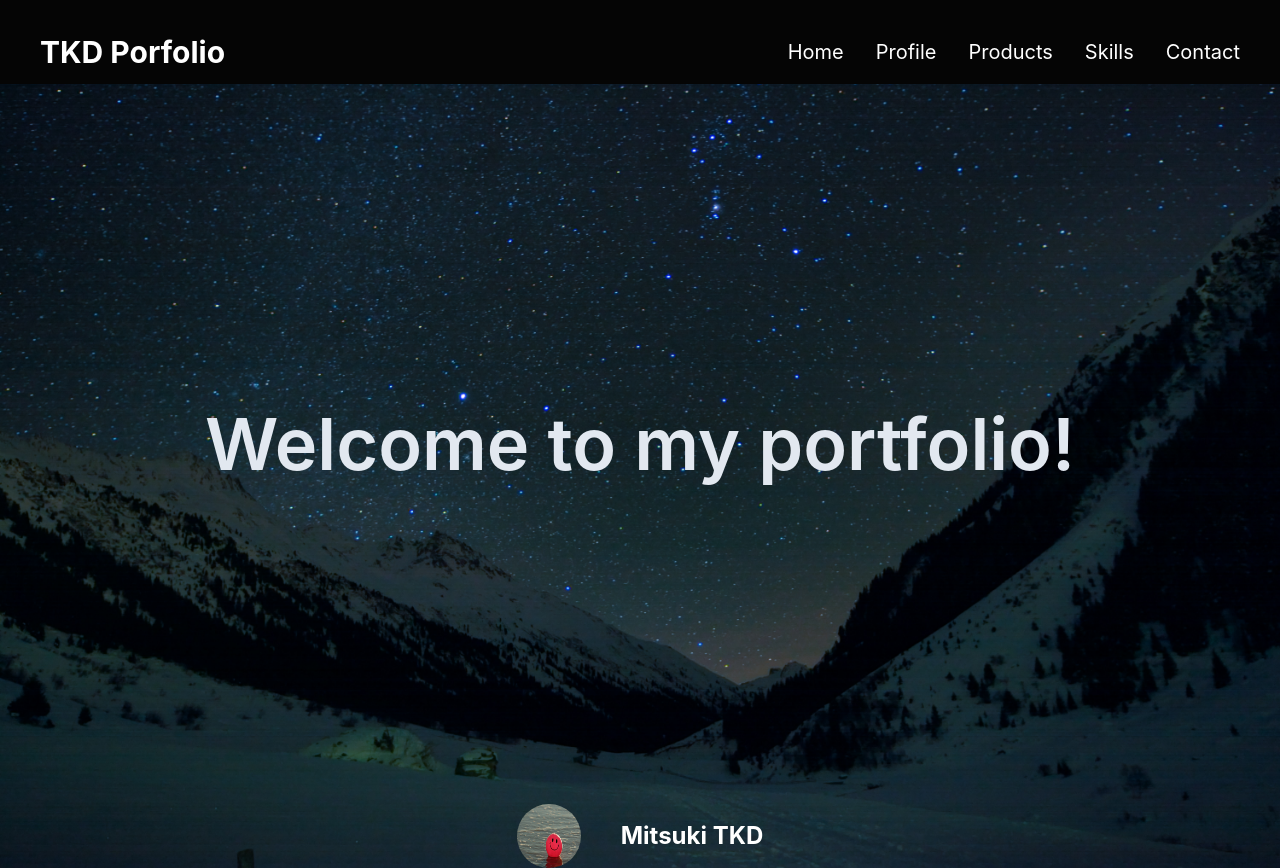
Repository: MitukiTakada/todo-aplication
Page: / (app in design/dev/react-tailwind/react-tailwind/)
The author's editor kept a copy of each file at every save. The page is drawn from the files as they stood at one save, then again after a run of saves.
The browser window is 1280 px wide. The pictures show the whole page.
The project was rebuilt for these pictures with package versions that can differ from the ones it lists, and the page was loaded fresh each time. Also part of the build but not shown: design/dev/react-tailwind/react-tailwind/src/components/Contact.jsx, design/dev/react-tailwind/react-tailwind/src/components/Products.jsx, design/dev/react-tailwind/react-tailwind/src/components/Profile.jsx, design/dev/react-tailwind/react-tailwind/src/components/Skills.jsx.

Above is the page before, as saved 2022-11-19 15:02:52.

### design/dev/react-tailwind/react-tailwind/public/index.html
<!DOCTYPE html>
<html lang="en">
  <head>
    <meta charset="utf-8" />
    <link rel="icon" href="%PUBLIC_URL%/favicon.ico" />
    <meta name="viewport" content="width=device-width, initial-scale=1" />
    <meta name="theme-color" content="#000000" />
    <meta
      name="description"
      content="Web site created using create-react-app"
    />
    <link rel="apple-touch-icon" href="%PUBLIC_URL%/logo192.png" />
    <link rel ="stylesheet" href="https://cdnjs.cloudflare.com/ajax/libs/font-awesome/5.15.3/css/all.min.css">
    <!--
      manifest.json provides metadata used when your web app is installed on a
      user's mobile device or desktop. See https://developers.google.com/web/fundamentals/web-app-manifest/
    -->
    <link rel="manifest" href="%PUBLIC_URL%/manifest.json" />
    <!--
      Notice the use of %PUBLIC_URL% in the tags above.
      It will be replaced with the URL of the `public` folder during the build.
      Only files inside the `public` folder can be referenced from the HTML.

      Unlike "/favicon.ico" or "favicon.ico", "%PUBLIC_URL%/favicon.ico" will
      work correctly both with client-side routing and a non-root public URL.
      Learn how to configure a non-root public URL by running `npm run build`.
    -->
    <title>React App</title>
  </head>
  <body>
    <noscript>You need to enable JavaScript to run this app.</noscript>
    <div id="root"></div>
    <!--
      This HTML file is a template.
      If you open it directly in the browser, you will see an empty page.

      You can add webfonts, meta tags, or analytics to this file.
      The build step will place the bundled scripts into the <body> tag.

      To begin the development, run `npm start` or `yarn start`.
      To create a production bundle, use `npm run build` or `yarn build`.
    -->
  </body>
</html>

### design/dev/react-tailwind/react-tailwind/src/index.jsx
import React from 'react';
import ReactDOM from 'react-dom/client';
import './index.css';
import App from './App';
import reportWebVitals from './reportWebVitals';
import { BrowserRouter } from 'react-router-dom';
import { ChakraProvider } from '@chakra-ui/provider';

const root = ReactDOM.createRoot(document.getElementById('root'));
root.render(
  <React.StrictMode>
    <BrowserRouter>
        <ChakraProvider>
          <App />
        </ChakraProvider>
    </BrowserRouter>
  </React.StrictMode>
);

// If you want to start measuring performance in your app, pass a function
// to log results (for example: reportWebVitals(console.log))
// or send to an analytics endpoint. Learn more: https://bit.ly/CRA-vitals
reportWebVitals();

### design/dev/react-tailwind/react-tailwind/src/App.jsx
import { BrowserRouter, Routes, Route } from "react-router-dom";
import Contact from "./components/Contact";
import Header from "./components/Header";
import Home from "./components/Home";
import Products from "./components/Products";
import Profile from "./components/Profile";
import Skills from "./components/Skills";


function App() {
  return (
    <div className=" bg-body  text-white w-full sm:px-0 pt-5">
     <Header />
      <Routes>
        <Route path="/" element={<Home />}/>
        <Route path="/prfole" element={<Profile />}/>
        <Route path="products" element={<Products />}/>
        <Route path="/skills" element={<Skills />}/>
        <Route path="/contact" element={<Contact />}/>
      </Routes>
    </div>
  );
}

export default App;

### design/dev/react-tailwind/react-tailwind/src/components/Header.jsx
import React from 'react'
import { Link } from 'react-router-dom'
import "./output.css"
import Hamburger from './atoms/Hamburger'

const Header = () => {
  return (
    <header className="container flex justify-between  w-full items-center mr-0 relative h-16 px-10">
      <div>
        <h2 className="text-2xl font-bold md:text-3xl">TKD Porfolio</h2>
      </div>
      <nav className="flex space-x-8 text-xl ml-8 items-center hidden md:block">
        <Link to={"/"} className="link">Home</Link>
        <Link to={"/profile"} className="link">Profile</Link>
        <Link to={"/products"} className="link">Products</Link>
        <Link to={"/skills"} className="link">Skills</Link>
        <Link to={"/contact"} className="link">Contact</Link>
      </nav>
      <Hamburger className="md:hidden absolute right-3"/>
    </header>
  )
}

export default Header

### design/dev/react-tailwind/react-tailwind/src/components/Home.jsx
import React from 'react'
import mainImage from "../images/main-image.jpeg"
import "./Home.css";
import userImage from "../images/user.jpg"

const Home = () => {
  return (
    <div className="home ">
      <div className="items-center ">
        <h1 className=" font-semibold text-3xl 100v text-center text-slate-200 lg:text-7xl md:text-5xl">Welcome to my portfolio!</h1>
      </div>
      <div className="flex mx-auto px-24 space-x-10 justify-center items-center">
        <img src={userImage} alt="" className="h-16 w-16 rounded-full"/>
        <h2 className="text-2xl md:te font-bold">Mitsuki TKD</h2>
      </div>
    </div>
  )
}

export default Home

### design/dev/react-tailwind/react-tailwind/src/components/output.css
.link {
  @apply hover:text-purple-400 transition-all duration-300;
}
.drawer-link {
  @apply hover:text-purple-400 transition-all duration-300 text-xl block text-center my-3;
}
.contact-btn {
  @apply bg-purple-500 font-bold text-xl px-3 py-2 rounded border-none hover:bg-purple-800 duration-300 transition-all mt-10
}
.secondary-title {
  @apply text-3xl font-bold;
}
.secondary-title::before {
  content: "";
  @apply block w-12 h-2 bg-purple-400 rounded-full mb-1;
}

.section-paragraph {
  @apply text-secondary my-6 w-full max-w-3xl
}

.badge {
  @apply px-4 py-2 text-sm rounded bg-badge block
}

.send-btn {
  @apply bg-teal-400 font-bold text-xl px-3 py-2 rounded border-none hover:bg-teal-600 duration-300 transition-all mt-10
}

### design/dev/react-tailwind/react-tailwind/src/components/atoms/Hamburger.jsx
import React from 'react'
import {
  Drawer,
  DrawerBody,
  DrawerOverlay,
  DrawerContent,
  DrawerCloseButton,
  useDisclosure,
  Button
} from '@chakra-ui/react'
import { Link } from 'react-router-dom';
import { HamburgerIcon } from '@chakra-ui/icons';

const Hamburger = () => {
  const { isOpen, onOpen, onClose } = useDisclosure()
  return (
    <div className="md:hidden">
        <HamburgerIcon h={30} w={30} className="hover:text-purple-400 duration-300 transition-all cursor-pointer"
        onClick={onOpen}
        />
        <Drawer isOpen={isOpen} onClose={onClose} placement="left" size="xs">
          <DrawerOverlay>
            <DrawerContent>
              <DrawerBody className="w-2/5 bg-slate-200 h-full p-12">
                <div className="z-20 space-y-5 text-xl">
                  <Link to={"/"} className="link drawer-link">Home</Link>
                  <Link to={"/profile"} className="link drawer-link">Profile</Link>
                  <Link to={"/products"} className="link drawer-link">Products</Link>
                  <Link to={"/skills"} className="link drawer-link">Skills</Link>
                  <Link to={"/contact"} className="link drawer-link">Contact</Link>
                  <DrawerCloseButton className="text-white text-md  p-2 rounded mt-15 mx-auto bg-red-400 transition-all duration-300 hover:bg-red-700 ">閉じる</DrawerCloseButton>
                </div>
              </DrawerBody>
            </DrawerContent>
          </DrawerOverlay>
        </Drawer>
      </div>
  )
}

export default Hamburger

### design/dev/react-tailwind/react-tailwind/src/components/Home.css
.home {
  background-image: url(../images/mountain.jpeg);
  background-position: center;
  background-size: cover;
  height: 100%;
  width: 100%;
}

.home h1 {
  line-height: 100vh;
  align-items: center;
}

### design/dev/react-tailwind/react-tailwind/tailwind.config.js
/** @type {import('tailwindcss').Config} */
module.exports = {
  content: [
    "./src/**/*.{js,jsx,ts,tsx}",
  ],
  theme: {
    extend: {

      colors: {
        body: "#050505",
        secondary: "#9191A4",
        badge: "#3F3F51"
      },
      lineHeight: {
        "100v": "100vh"
      }
    },
  },
  plugins: [],
}

Loaded but not shown: design/dev/react-tailwind/react-tailwind/src/index.css (common file); design/dev/react-tailwind/react-tailwind/src/reportWebVitals.js (common file)

After the next 3 saves:
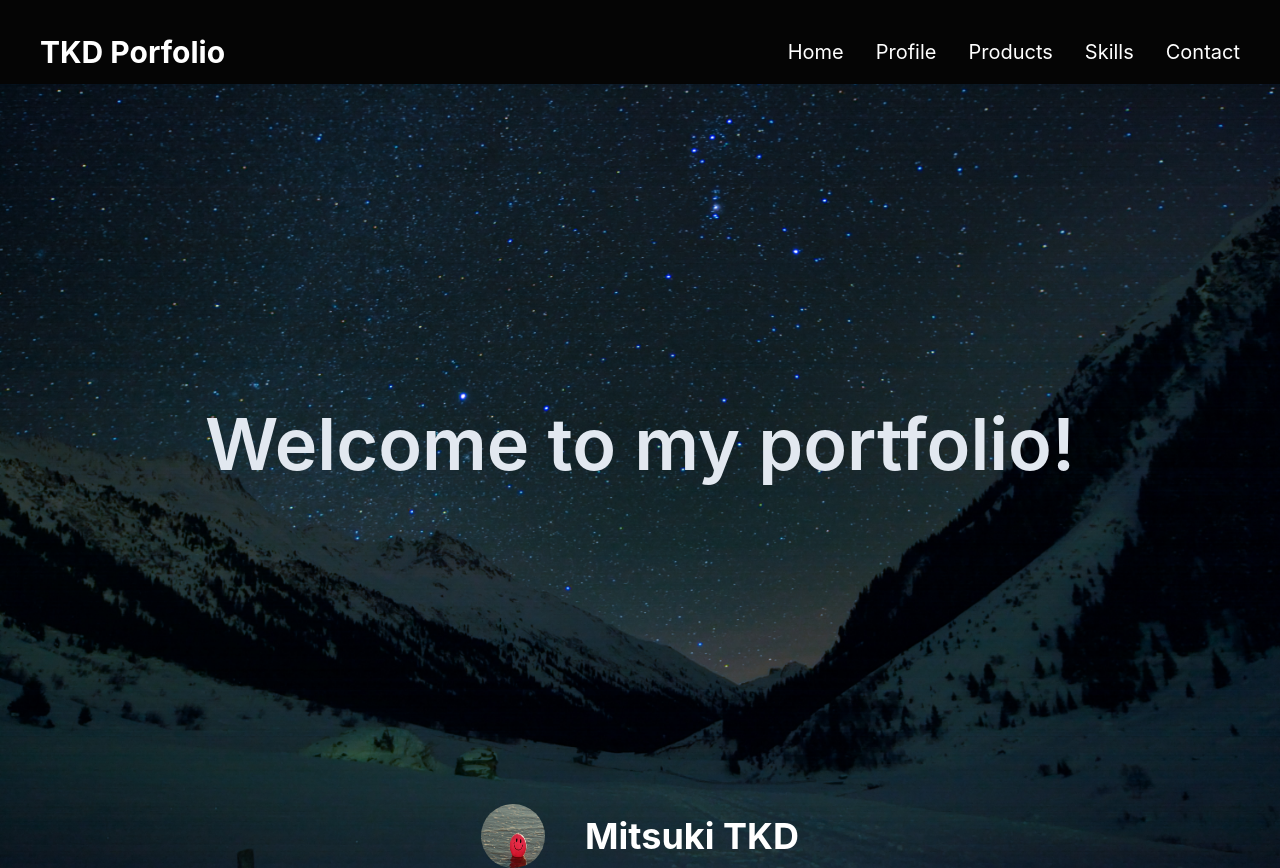
The 3 saves are shown as one change because they came seconds apart.
The last was saved 11 s later.
--- a/design/dev/react-tailwind/react-tailwind/src/components/Home.jsx
+++ b/design/dev/react-tailwind/react-tailwind/src/components/Home.jsx
@@ -11,7 +11,7 @@ const Home = () => {
       </div>
       <div className="flex mx-auto px-24 space-x-10 justify-center items-center">
         <img src={userImage} alt="" className="h-16 w-16 rounded-full"/>
-        <h2 className="text-2xl md:te font-bold">Mitsuki TKD</h2>
+        <h2 className="text-2xl md:text-3xl lg:text-4xl font-bold">Mitsuki TKD</h2>
       </div>
     </div>
   )
